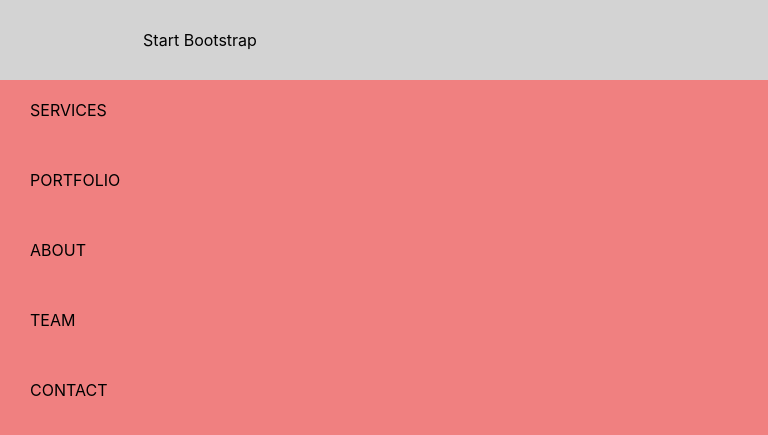
Repository: ooter37/media-queries-afternoon
Page: / (app in portfolio-clone/)
The author's editor kept a copy of each file at every save. The page is drawn from the files as they stood at one save, then again after the next save.
The browser window is 768 px wide. The pictures show the whole page.
The project was rebuilt for these pictures with package versions that can differ from the ones it lists, and the page was loaded fresh each time.

Above is the page before, as saved 2020-04-13 13:59:31.

### portfolio-clone/src/App.js
import React from 'react';
import './App.css';
import Banner from './Components/Banner'

function App() {
  return (
    <div className="App">
      <Banner />
    </div>
  );
}

export default App;

### portfolio-clone/src/App.css
body {
  width: 100vw;
  background-color: lightcoral;
}

.header {
  width: 100%;
  height: 80px;
  background-color: lightgrey;
  display: flex;
}

.navbar {
  height: 100%;
  width: 100%;
  display: flex;
  align-items: center;
}

.buttons {
  width: 400px;
	display: flex;
	flex-direction: row;
	justify-content: space-between;
  align-items: center;
  position: fixed;
  top: 30px;
  right: 20px;

}

.start-bootstrap {
  width: 400px;
  display: flex;
  justify-content: center;
  position: fixed;
  top: 30px;
  left: 0px;
}

@media screen and (max-width: 991px) {

  .buttons {
    flex-direction: column;
    align-items: baseline;
    min-width: 300px;
    height: 300px;
    left: 30px;
    top: 100px;
  }

}

### portfolio-clone/src/Components/Banner.js
import React from 'react'



export default class Banner extends React.Component {
    constructor() {
        super()

    }
    render() {
        return (
            <header className='header'>
                <nav className='navbar'>
                    <div className='start-bootstrap'>Start Bootstrap</div>
                    <div className='buttons'>

                            <div>SERVICES</div>

                            <div>PORTFOLIO</div>

                            <div>ABOUT</div>

                            <div>TEAM</div>

                            <div>CONTACT</div>

                    </div>
                </nav>
            </header>
        )
    }
}

Loaded but not shown: portfolio-clone/public/index.html (common file); portfolio-clone/src/index.js (common file); portfolio-clone/src/index.css (common file); portfolio-clone/src/serviceWorker.js (common file)

After the next save:
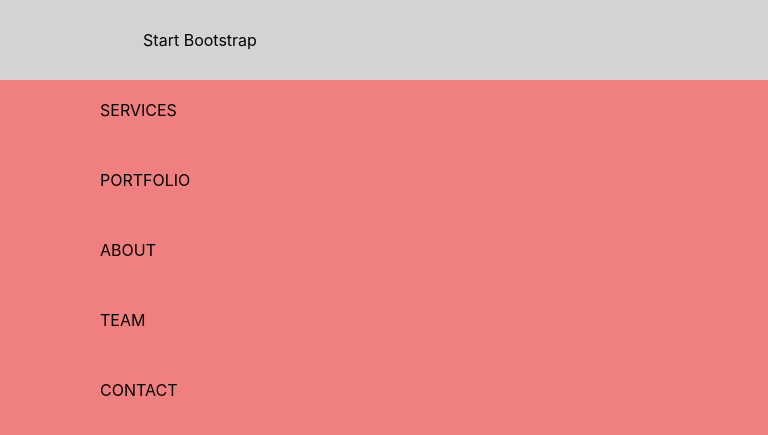
Saved 6 s later.
--- a/portfolio-clone/src/App.css
+++ b/portfolio-clone/src/App.css
@@ -45,7 +45,7 @@ body {
     align-items: baseline;
     min-width: 300px;
     height: 300px;
-    left: 30px;
+    left: 100px;
     top: 100px;
   }
 
